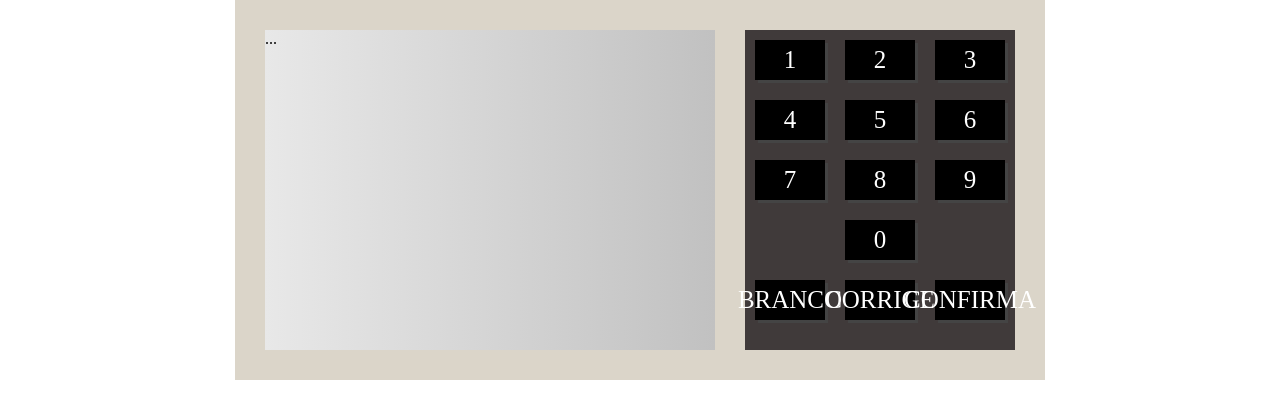
Repository: ThiagoIturra/urnaJs
Page: index.html
These files come from the project's save history. The page is drawn as it stood at one moment and after the next save; the edit follows.
The browser window is 1280 px wide. The pictures show the whole page.

Above is the page before, as saved 2022-01-05 16:04:11.

After the next save:
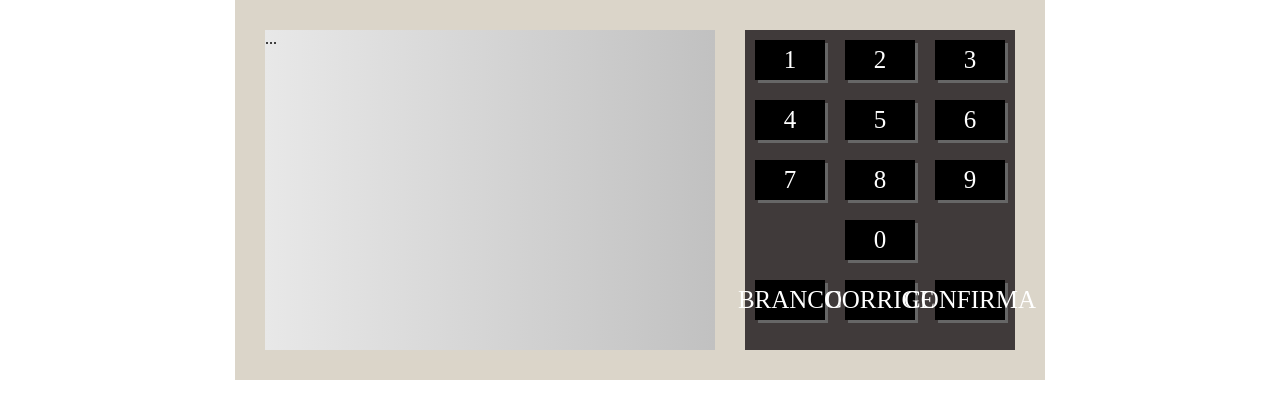
Saved 10 s later.
--- a/style.css
+++ b/style.css
@@ -38,5 +38,5 @@ body {
     align-items: center;
     margin: 10px;
     cursor: pointer;
-    box-shadow: 3px 3px 0px #444;
+    box-shadow: 3px 3px 0px #666;
 }
